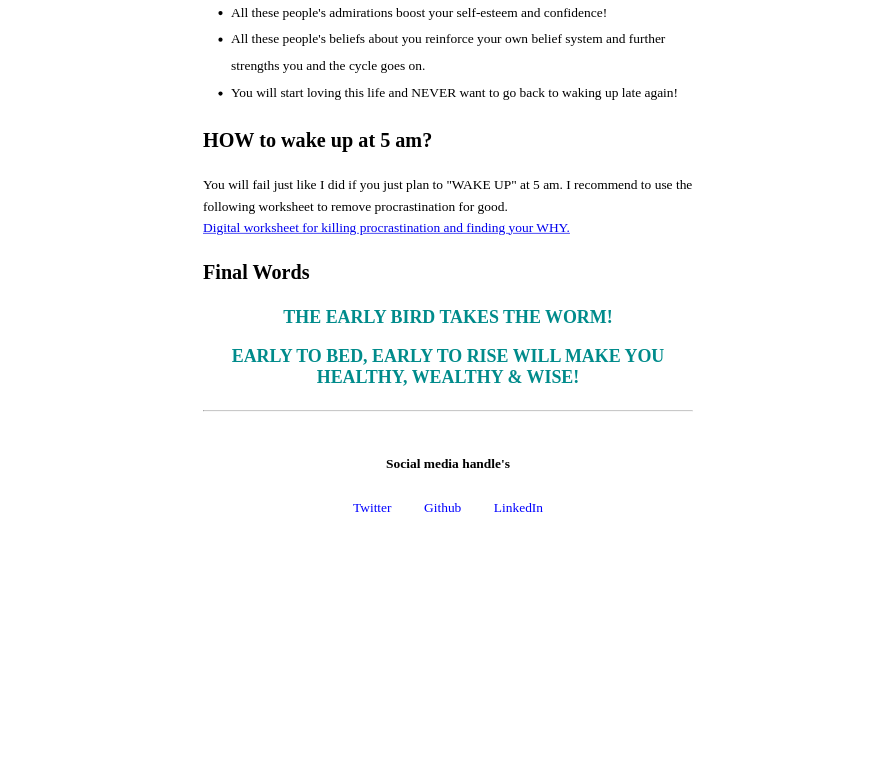
Repository: PuneetP16/Portfolio
Page: Wake Up At 5 AM Every Single Day Like Clockwork.html
These files come from the project's save history. The page is drawn as it stood at one moment and after the next save; the edit follows.
The browser window is 1280 px wide. The pictures show the part of the page from y = 2554 to 4474 px (the page is 3662 px tall before and 4644 px after), at 70% of full size.
A picture or video elsewhere on the page could not be fetched, so the positions and the page height are approximate. Some web fonts or font styles are not loaded; a fallback is used.

Above is the page before, as saved 2021-12-10 03:24:51.

### Wake Up At 5 AM Every Single Day Like Clockwork.html
<!DOCTYPE html>
<html lang="en">

<head>
  <meta charset="UTF-8" />
  <meta name="viewport" content="width=device-width, initial-scale=1.0" />
  <title>Wake Up At 5 AM Every Single Day Like Clockwork: Practical Approach</title>
  <link rel="stylesheet" href="style.css" />
</head>

<body>
  <div class="blog-container blog-container-center" style="margin-top: 5rem">
    <h1 class="main-head">Wake Up At 5 AM Every Single Day Like Clockwork: Practical Approach</h1>
    <strong> December 5, 2021</strong>
    <header class="blog-head">
      <img class="blog-img"
        src="Images/sage-friedman-HS5CLnQbCOc-unsplash.jpg"
        alt="Code" />
    </header>

    <hr />

    <p class="blog-paragraph">
      Waking up early is equal to <strong>reduced stress levels</strong> and <strong>peace</strong> is its effect. When you rise early, it removes the need to rush in the morning. It is then that your day starts on an optimistic note, and this positivity stays with you throughout the day.
    </p>

    <h2 class="blog-h2">The Secret of Success of World Class Performers</h2>
    <p class="blog-paragraph">
      What do you, Narendra Modi, Bill Gates, Mukesh Ambani, and all the successful people do have one thing in common?.
     <br> They all have <strong>24 Hours in a day.</strong><br>
      <ul style="line-height: 2">
        <li>Successful people WAKE UP EARLY!</li>
        <li>Indra Nooyi, CEO of PepsiCo, wakes up at 4! a.m.</li>
        <li> <strong>Apple CEO,</strong> Tim Cook wakes up at <strong>3:45am</strong> every morning. </li>
         <li>Actors Dwyane Johnson (The Rock), Mark Wahlberg, Akshay Kumar, all wake up between 4 to 5 am every day.</li>
         <li>Virat Kohli wakes up at 5am. World Class athletes from Olympic Gold winners, to Chess Grandmasters to Race Car drivers all wake up early.</li>
         <li>Narendra Modi wakes up at 5am. YOU get the idea!</li>
      </ul>
      <br> </p>

      <h2 class="blog-h2">Three reasons why you should wake up at 5am?</h2>
      <p class="blog-paragraph">
        <h3>REASON 1: More productive time! </h3>
        <ul style="line-height: 2">
          <li>Successful people create more "productive time" for themselves.</li>
          <li>Nobody is doing anything productive after 10pm.</li>
          <li>Compared to a typical "Early Riser" waking up at 7am, who works form 8am, successful people wake up at 5am and start working by 6am. So you get <strong>2 hours extra</strong> till 8am. </li>
           <li>Which is equal to 52-60 hours extra work/productive hours every month.</li>
           <li>Considering 8-hour workdays for an average individual. You get <strong> 7 working days more</strong> per month!</li>
           <li>12 weeks or nearly <strong> 3 extra months every year!</strong> </li>
           <li>This is just compared to an "early riser waking up at 7 am!" For people waking up at 9 or later, the difference is 6-12 months a year!</li>
        </ul>

        <h3>REASON 2: It transforms Your Belief System! </h3>
        <ul style="line-height: 2">
          <li>You go from feeling "behind" others to feeling <strong>"ahead of"</strong> others.</li>
          <li>You go from believing you can do it to actually <strong>DOING IT!</strong></li>
          <li>You go from feeling sorry for yourself to <strong>respecting yourself</strong> and even boasting about waking up early to others!</li>
           <li>You go from getting that 'late' feeling every day to the being 'early' feeling every single day.</li>
        </ul>

        <h3>REASON 3:  It transforms your image to the outside world! </h3>
        <ul style="line-height: 2">
          <li>Your family starts respecting you more.</li>
          <li>Your friends start admiring you </li>
          <li>Your boss/colleagues/business partners would admire your performance as you get more done!</li>
           <li>All these people's admirations boost your self-esteem and confidence! </li>
           <li>All these people's beliefs about you reinforce your own belief system and further strengths you and the cycle goes on.</li>
           <li>You will start loving this life and NEVER want to go back to waking up late again!</li>
        </ul>
      </p>

      <h2 class="blog-h2">HOW to wake up at 5 am?</h2>
      <p class="blog-paragraph">
        You will fail just like I did if you just plan to "WAKE UP" at 5 am.


      I recommend to use the following worksheet to remove procrastination for good. <br>
      <a href="https://paruluniversityacin-my.sharepoint.com/:w:/g/personal/180305221005_paruluniversity_ac_in/Ebi1ldGi0OpBhula2y21DAMBttAGShh9H3HnfXRHy4TEcg?e=gIK8Ci">Digital worksheet for killing procrastination and finding your WHY.</a>
    <h2 class="blog-h2">Final Words</h2>
      <h3 class="quotes">THE EARLY BIRD TAKES THE WORM!</h3>
      <h3 class="quotes">EARLY TO BED, EARLY TO RISE WILL MAKE YOU HEALTHY, WEALTHY & WISE!</h3>

    <hr />

    <footer class="blog-footer">
      <div><strong>Social media handle's</strong></div>
      <ul class="social-links list-non-bullet">
        <li class="list-item-inline">
          <a class="link" href="https://twitter.com/PatelPuneet16" target="_blank">Twitter</a>
        </li>
        <li class="list-item-inline">
          <a class="link" href="https://github.com/PuneetP16" target="_blank">Github</a>
        </li>
        <li class="list-item-inline">
          <a class="link" href="https://www.linkedin.com/in/puneet-patel-96b607a0/" target="_blank">LinkedIn</a>
        </li>
      </ul>
    </footer>
  </div>
</body>

</html>

### style.css
@import url('https://fonts.googleapis.com/css2?family=Fuzzy+Bubbles&family=Merriweather&family=Montserrat:ital,wght@0,400;1,500&family=Sacramento&display=swap');

:root {
  --primary-color: #F87171;
  --off-white: #f3f4f6;
  --dark-gray: #6b7280;
}

body {
  font-family: 'Fuzzy Bubbles', cursive;
  max-width: 85%;
  margin: 0px auto;
  font-size: 1.2rem;
}

.container {
  padding-left: 1rem;
  padding-right: 1rem;
}

.container-center {
  max-width: 900px;
  width: 100%;
  margin: auto;
}

.container-center h1 {
  font-family: 'Sacramento', cursive;
  font-size: 2.4rem;
}

hr {
  margin: 2rem 0;
}

/** links **/
.link {
  text-decoration: none;
  border-radius: 0.5rem;
  padding: 0.8rem 0.8rem;
  margin-top: 0.5rem;
  margin-bottom: 0.5rem;
  display: inline-block;
}

.link-primary {
  background-color: var(--primary-color);
  color: white;
}

.link-secondary {
  border: 1px solid var(--primary-color);
  color: var(--primary-color);
}

.link-without-decoration {
  display: block;
  text-decoration: none;
  color: white;
  font-size: 2rem;
  margin: auto;
  text-align: center;
  padding-right: 550px;
}

/** Lists **/
.list-non-bullet {
  list-style: none;
  padding-inline-start: 0px;
  margin-block-end: 0px;
}

.list-item-inline {
  display: inline;
  padding: 0rem 0.5rem;
}

.list-item-container {
  padding: 1rem;
  text-align: center;
  border-radius: 1rem;
  margin-top: 1rem;
  margin-bottom: 3rem;
}

/** Navigation **/
.navigation {
  background-color: var(--primary-color);
  color: white;
  padding: 1rem;
  margin-bottom: 2rem;
  border-bottom-left-radius: 2rem;
  border-bottom-right-radius: 2rem;
}

.navigation .nav-head {
  font-weight: bold;
  font-size: 1.2rem;
}

.navigation .nav-pills {
  text-align: right;
  margin-top: 0px;
}

.navigation .link {
  color: white;
  font-size: 1.4rem;
}

.navigation .link-active {
  font-weight: bold;
}

/** Header **/
.hero {
  padding: 2rem;
}

.hero .hero-img {
  max-width: 450px;
  display: block;
  margin: auto;
}

.hero .hero-heading {
  color: var(--dark-gray);
  text-align: center;
}

.hero .hero-heading span {
  color: var(--primary-color);
}
/** Sections **/

.section {
  margin-top: 2rem;
  padding: 2rem;
  border-radius: 1rem;
  text-align: center;
}

.section p {
  font-size: 1.2rem;
}

.ow {
  background-color: var(--off-white);
}

/** Footer **/
.footer {
  background-color: var(--primary-color);
  color: white;
  margin-top: 2rem;
  padding: 2rem;
  padding-top: 20px;
  padding-bottom: 16px;
  border-top-right-radius: 1rem;
  text-align: center;
  border-top-left-radius: 3rem;
  border-top-right-radius: 3rem;
}

.footer .footer-header {
  font-weight: bold;
  font-size: large;
}

.footer .link {
  color: white;
}

.footer .social-links {
  padding-inline-start: 0px;
  margin-top: 8 px;
}

/** Blog Styling **/

.blog-container {
  padding-left: 1rem;
  padding-right: 1rem;
}

.blog-container-center {
  max-width: 700px;
  width: 100%;
  margin: auto;
}

div .blog-paragraph {
  margin-top: 2rem;
  margin-bottom: 2rem;
  line-height: 1.6;
}

div .blog-h2 {
  margin-top: 2rem;
  margin-bottom: 2rem;
}

div .blog-img {
  width: 100%;
  display: block;
}

div .blog-head {
  padding: 1rem;
}

/** blog footer **/

.blog-footer {
  color: Black;
  margin-top: 2rem;
  padding: 2rem;
  border-top-right-radius: 1rem;
  text-align: center;
}

.blog-footer .link {
  color: blue;
}

.main-head {
  font-weight: normal;
  margin-bottom: 0.5rem;
}

.quotes {
  text-align: center;
  font-size: 1.6rem;
  color:darkcyan;
}

.contact-me {
  background-color:#FEE2E2;
  padding: 0.05rem 0.5rem 2rem 0.5rem;
  border-radius: 1rem;
  font-size: 1.13rem;
}


.contact-me .btn{
  /* text-align: center;
  width: auto; */
  border-radius: 15px;
  font-size: 20px;
  font-weight: 600;
  background-color: var(--primary-color);
  color: white;
  padding: 10px 30px;
  border: 2px solid #000000;
  margin: auto;
  margin-top: 1rem;
  cursor: pointer;
  max-width: 85%;
}

.contact-me .btn:hover{
  background-color: #5FA8D3;
  color: #1B4965;
}

After the next save:
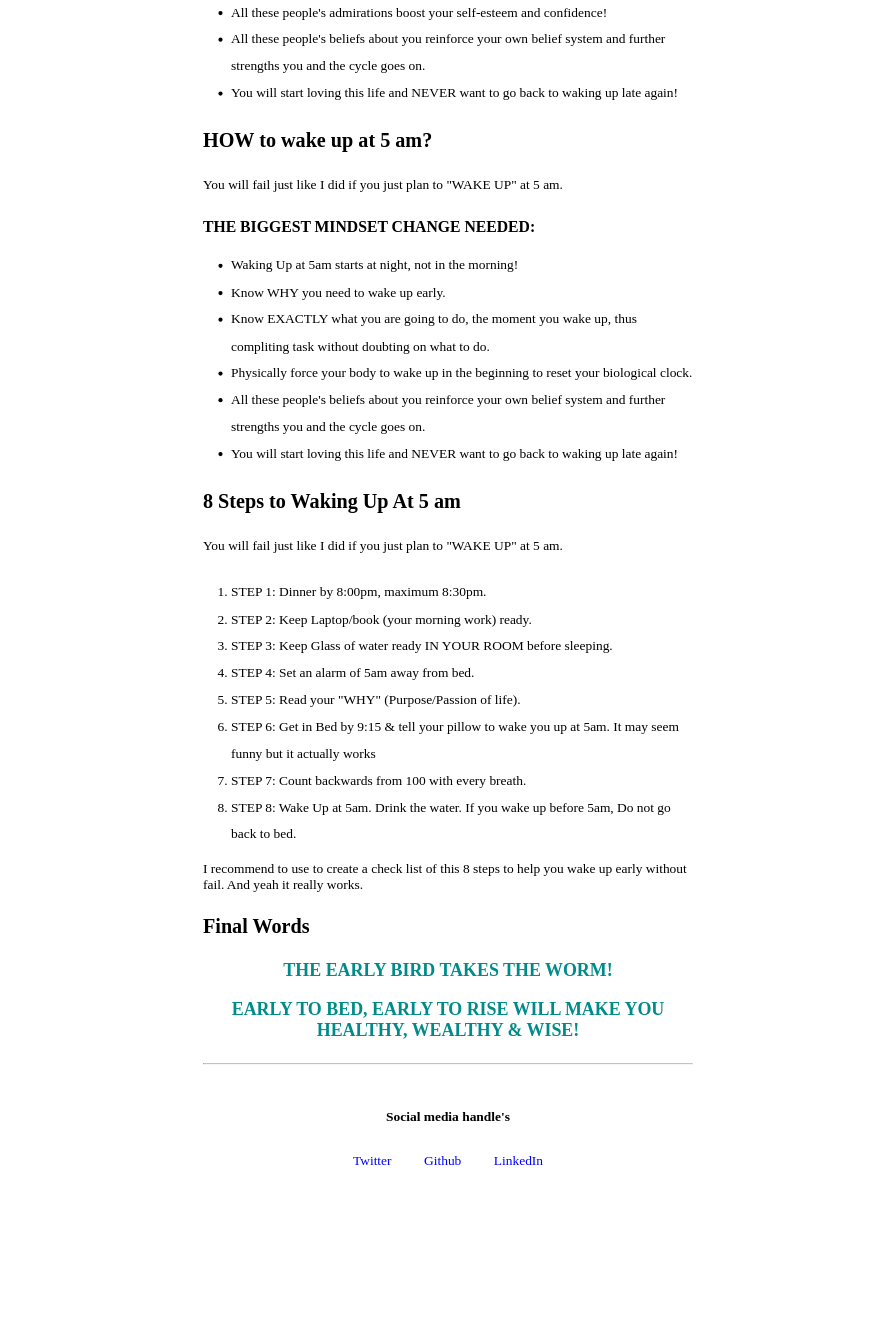
Saved 20 min 25 s later.
--- a/Wake Up At 5 AM Every Single Day Like Clockwork.html
+++ b/Wake Up At 5 AM Every Single Day Like Clockwork.html
@@ -73,10 +73,32 @@
       <h2 class="blog-h2">HOW to wake up at 5 am?</h2>
       <p class="blog-paragraph">
         You will fail just like I did if you just plan to "WAKE UP" at 5 am.
+        <h3>THE BIGGEST MINDSET CHANGE NEEDED:</h3>
+        <ul style="line-height: 2">
+          <li>Waking Up at 5am starts at night, not in the morning! </li>
+          <li>Know WHY you need to wake up early.</li>
+          <li>Know EXACTLY what you are going to do, the moment you wake up, thus compliting task without doubting on what to do.</li>
+           <li>Physically force your body to wake up in the beginning to reset your biological clock.</li>
+           <li>All these people's beliefs about you reinforce your own belief system and further strengths you and the cycle goes on.</li>
+           <li>You will start loving this life and NEVER want to go back to waking up late again!</li>
+        </ul></p>
 
+        <h2 class="blog-h2">8 Steps to Waking Up At 5 am</h2>
+      <p class="blog-paragraph">
+        You will fail just like I did if you just plan to "WAKE UP" at 5 am.
+        <ol style="line-height: 2">
+          <li>STEP 1: Dinner by 8:00pm, maximum 8:30pm.</li>
+          <li>STEP 2: Keep Laptop/book (your morning work) ready.</li>
+          <li>STEP 3: Keep Glass of water ready IN YOUR ROOM before sleeping.</li>
+          <li>STEP 4: Set an alarm of 5am away from bed.</li>
+          <li>STEP 5: Read your "WHY" (Purpose/Passion of life).</li>
+          <li>STEP 6: Get in Bed by 9:15 & tell your pillow to wake you up at 5am. It may seem funny but it actually works</li>
+          <li>STEP 7: Count backwards from 100 with every breath.</li>
+          <li>STEP 8: Wake Up at 5am. Drink the water. If you wake up before 5am, Do not go back to bed.</li>
+        </ol></p>
 
-      I recommend to use the following worksheet to remove procrastination for good. <br>
-      <a href="https://paruluniversityacin-my.sharepoint.com/:w:/g/personal/180305221005_paruluniversity_ac_in/Ebi1ldGi0OpBhula2y21DAMBttAGShh9H3HnfXRHy4TEcg?e=gIK8Ci">Digital worksheet for killing procrastination and finding your WHY.</a>
+      I recommend to use to create a check list of this 8 steps to help you wake up early without fail. And yeah it really works.
+
     <h2 class="blog-h2">Final Words</h2>
       <h3 class="quotes">THE EARLY BIRD TAKES THE WORM!</h3>
       <h3 class="quotes">EARLY TO BED, EARLY TO RISE WILL MAKE YOU HEALTHY, WEALTHY & WISE!</h3>
